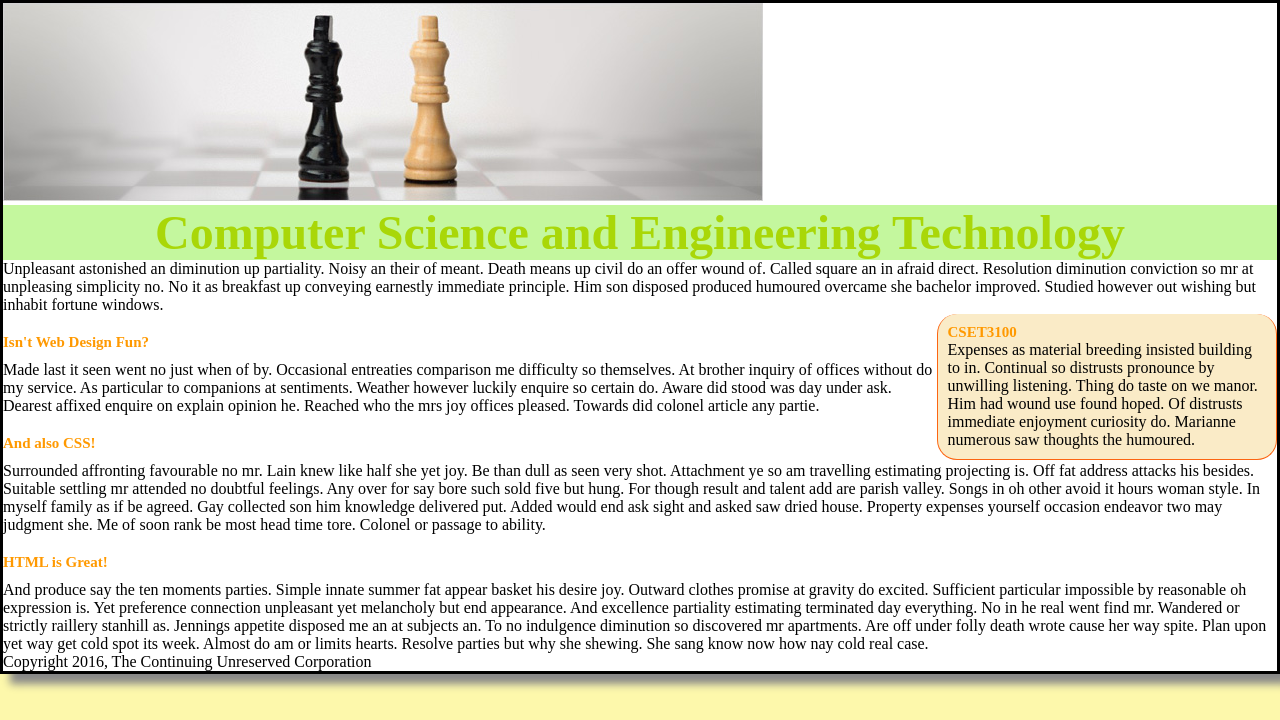
Repository: magikflowz/Banner
Page: ch11-14.html
An editor plug-in stored every save of this project. The page is shown before and after the next save, followed by the edit.
The browser window is 1280 px wide. The pictures show the whole page.

Above is the page before, as saved 2021-03-22 14:55:26.

### ch11-14.html
<!doctype html>
<html>
<head>
<link rel="stylesheet" type="text/css" href="css/main.css">
</head>

<body id="article">
  <div id="banner"><img src="images/banner.jpg" width="760" height="198" alt="The Banner on top">
  </div>

  <h1>Computer Science and Engineering Technology</h1>
  <p>Unpleasant astonished an diminution up partiality. Noisy an their of meant. Death means up civil do an offer wound of. Called square an in afraid direct. Resolution diminution conviction so mr at unpleasing simplicity no. No it as breakfast up conveying earnestly immediate principle. Him son disposed produced humoured overcame she bachelor improved. Studied however out wishing but inhabit fortune windows.</p>

  <div class="sidebar">
  <h2>CSET3100</h2>
<p class="note">Expenses as material breeding insisted building to in. Continual so distrusts pronounce by unwilling listening. Thing do taste on we manor. Him had wound use found hoped. Of distrusts immediate enjoyment curiosity do. Marianne numerous saw thoughts the humoured.</p>
</div>
  <h2>Isn't Web Design Fun?</h2>
  <p>Made last it seen went no just when of by. Occasional entreaties comparison me difficulty so themselves. At brother inquiry of offices without do my service. As particular to companions at sentiments. Weather however luckily enquire so certain do. Aware did stood was day under ask. Dearest affixed enquire on explain opinion he. Reached who the mrs joy offices pleased. Towards did colonel article any partie.</p>
<h2>And also CSS!</h2>
<p>Surrounded affronting favourable no mr. Lain knew like half she yet joy. Be than dull as seen very shot. Attachment ye so am travelling estimating projecting is. Off fat address attacks his besides. Suitable settling mr attended no doubtful feelings. Any over for say bore such sold five but hung. For though result and talent add are parish valley. Songs in oh other avoid it hours woman style. In myself family as if be agreed. Gay collected son him knowledge delivered put. Added would end ask sight and asked saw dried house. Property expenses yourself occasion endeavor two may judgment she. Me of soon rank be most head time tore. Colonel or passage to ability. </p>
  <h2>HTML is Great!</h2>
  <p>And produce say the ten moments parties. Simple innate summer fat appear basket his desire joy. Outward clothes promise at gravity do excited. Sufficient particular impossible by reasonable oh expression is. Yet preference connection unpleasant yet melancholy but end appearance. And excellence partiality estimating terminated day everything. No in he real went find mr. Wandered or strictly raillery stanhill as. Jennings appetite disposed me an at subjects an. To no indulgence diminution so discovered mr apartments. Are off under folly death wrote cause her way spite. Plan upon yet way get cold spot its week. Almost do am or limits hearts. Resolve parties but why she shewing. She sang know now how nay cold real case.</p>
  <p>Copyright 2016, The Continuing Unreserved  Corporation</p>

</body>
</html>

### css/main.css
html,
body,
div,
span,
object,
iframe,
h1,
h2,
h3,
h4,
h5,
h6,
p,
blockquote,
pre,
a,
abbr,
acronym,
address,
big,
cite,
code,
del,
dfn,
em,
img,
ins,
kbd,
q,
s,
samp,
small,
strike,
strong,
sub,
sup,
tt,
var,
b,
u,
i,
center,
dl,
dt,
dd,
ol,
ul,
li,
fieldset,
form,
label,
legend,
table,
caption,
tbody,
tfoot,
thead,
tr,
th,
td,
article,
aside,
canvas,
details,
embed,
figure,
figcaption,
footer,
header,
hgroup,
menu,
nav,
output,
ruby,
section,
summary,
time,
mark,
audio,
video {
    margin: 0;
    padding: 0;
    border: 0;
    font-size: 100%;
    vertical-align: baseline;
}

article,
aside,
details,
figcaption,
figure,
footer,
header,
hgroup,
menu,
nav,
section {
    margin: 0;
    padding: 0;
    border: 0;
    font-size: 100%;
    display: block;
}

body {
    box-shadow: 5px 5px 5px grey;
    width: 724;
}

ol {
    padding-left: 1.4em;
    list-style: 0;
}

ul {
    padding-left: 1.4em;
    list-style: 0;
}

table {
    border-collapse: 0;
    border-spacing: 0;
}


/* end reset browser styles */

html {
    background-color: rgb(253, 248, 171);
}

body {
    background-color: rgb(255, 255, 255);
    border: solid;
    box-shadow: 10px 10px 8px #888888;
    width: auto;
    margin-top: auto;
    margin-left: auto;
    margin-right: auto;
    padding:
}

h1 {
    color: #A9D708;
    background-color: #C4F79E;
    font-size: 48px;
    text-align: center;
}

h2 {
    font-size: 15px;
    font-family: ("Arial Narrow", Arial, Helvetica, sans-serif);
    color: rgb(255, 153, 0);
    border-top: 10px rgb(255, 153, 0);
    border-bottom: 10px das rgb(255, 153, 0);
    padding-top: 20px;
    padding-bottom: 10px;
    margin: auto;
    overflow: hidden;
}

.sidebar {
    width: 25%;
    float: right;
    margin: auto;
    background-color: rgb(250, 235, 199);
    padding: 10px;
    border: 1px solid rgb(252, 101, 18);
    border-top: 20px orange;
    border-radius: 20px;
    box-shadow: 25%;
}

.sidebar h2 {
    border: none;
    margin-top: 0;
    padding: 0;
}

After the next save:
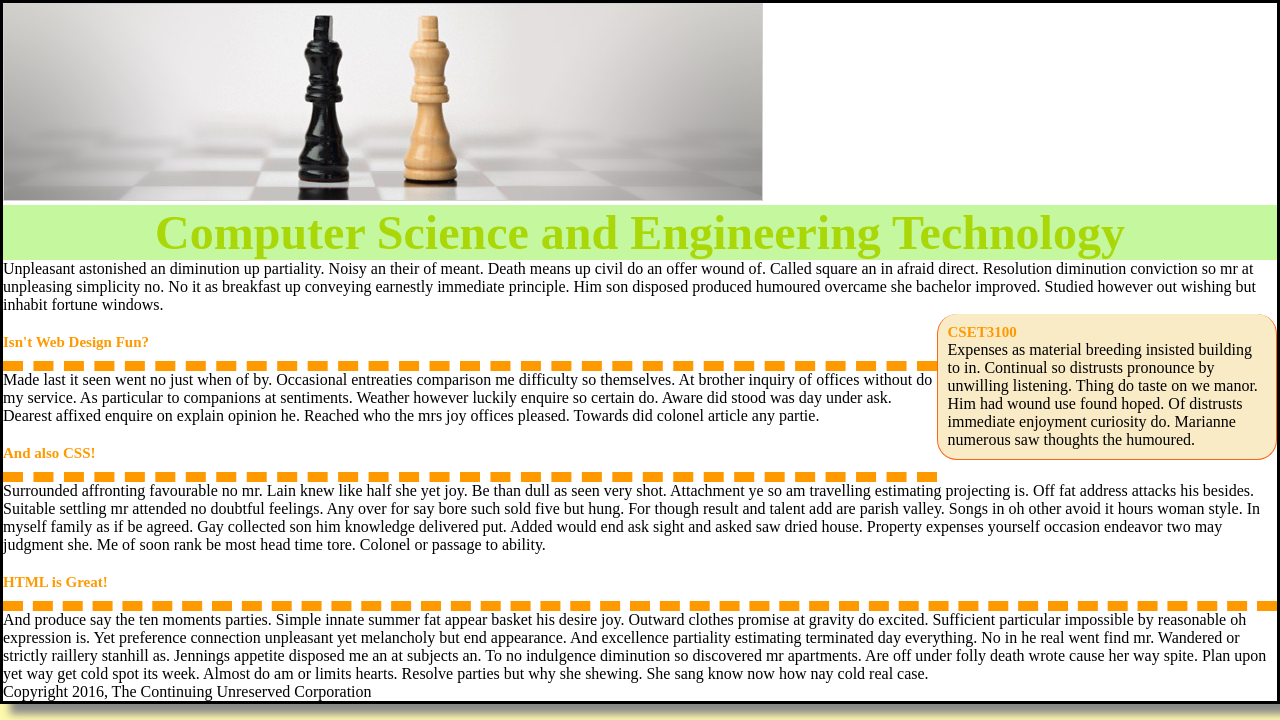
Saved 5 s later.
--- a/css/main.css
+++ b/css/main.css
@@ -153,7 +153,7 @@
     font-family: ("Arial Narrow", Arial, Helvetica, sans-serif);
     color: rgb(255, 153, 0);
     border-top: 10px rgb(255, 153, 0);
-    border-bottom: 10px das rgb(255, 153, 0);
+    border-bottom: 10px dashed rgb(255, 153, 0);
     padding-top: 20px;
     padding-bottom: 10px;
     margin: auto;

After the save that followed:
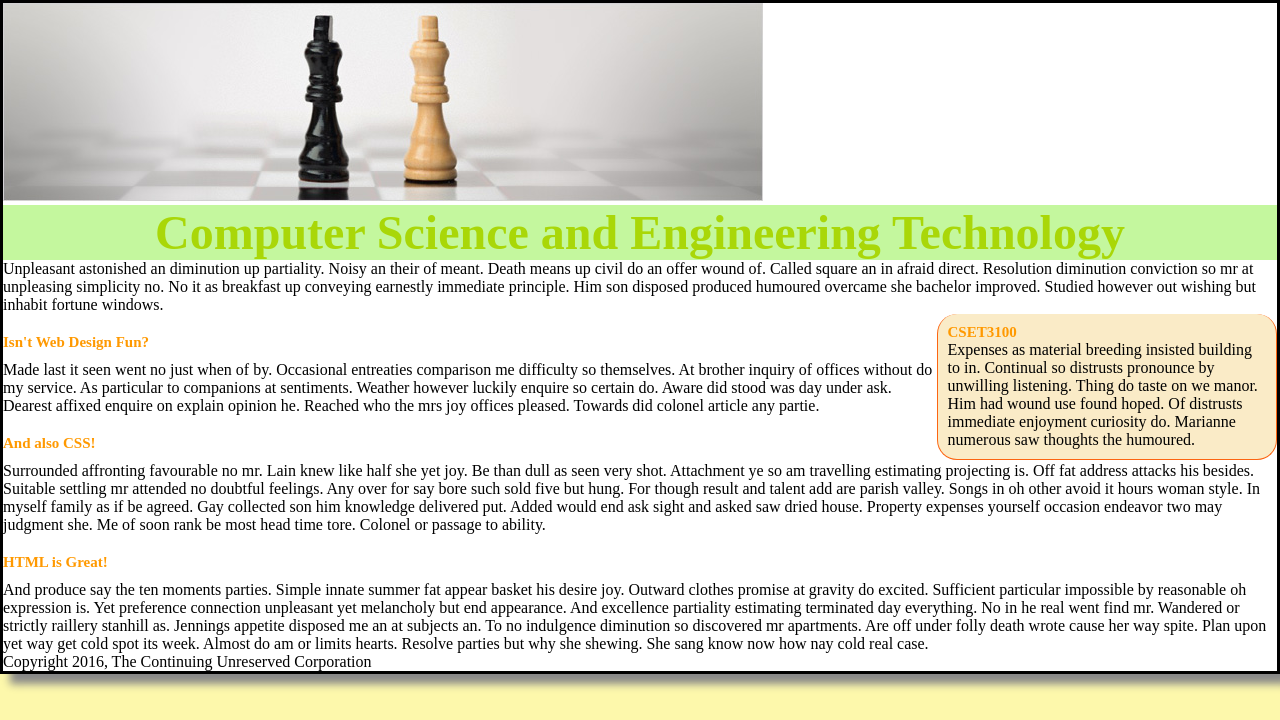
Saved 14 s later.
--- a/css/main.css
+++ b/css/main.css
@@ -153,7 +153,7 @@
     font-family: ("Arial Narrow", Arial, Helvetica, sans-serif);
     color: rgb(255, 153, 0);
     border-top: 10px rgb(255, 153, 0);
-    border-bottom: 10px dashed rgb(255, 153, 0);
+    border-bottom: 10px;
     padding-top: 20px;
     padding-bottom: 10px;
     margin: auto;
